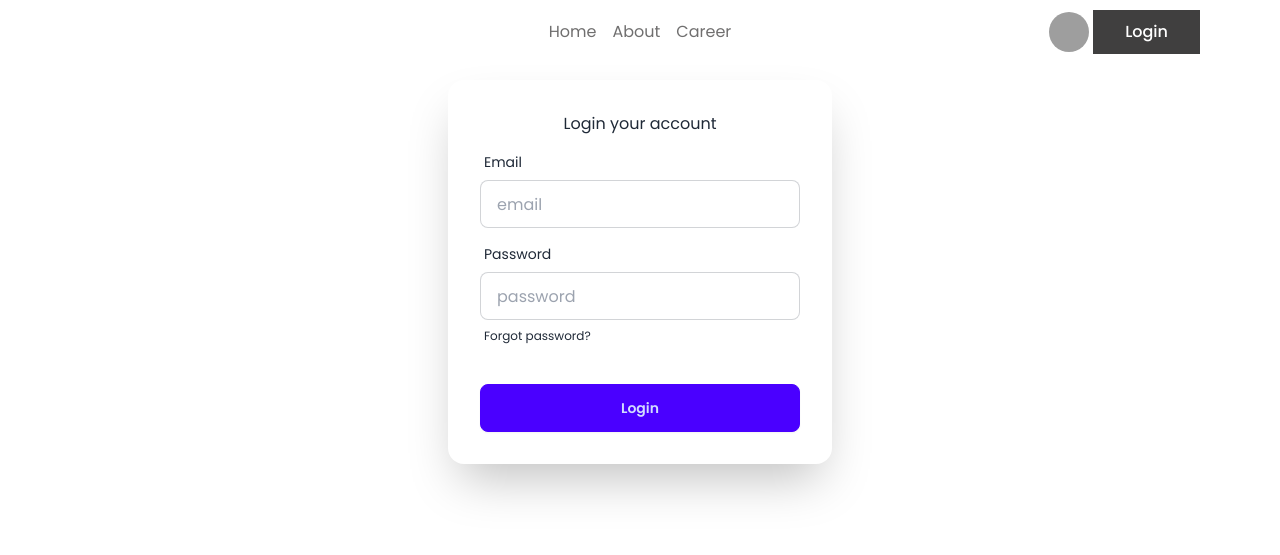
Repository: ShouravAhammed/react-dragon-news-auth
Page: /login
The author's editor kept a copy of each file at every save. The page is drawn from the files as they stood at one save, then again after the next save.
The browser window is 1280 px wide. The pictures show the whole page.
Pictures or frames that could not be fetched are drawn as grey boxes. The project was rebuilt for these pictures with package versions that can differ from the ones it lists, and the page was loaded fresh each time. Also part of the build but not shown: vite.config.js, src/pages/BreakingNews/BreakingNews.jsx, src/pages/Shared/Header/Header.jsx, src/pages/Shared/LeftSideNav/LeftSideNav.jsx, src/Components/btnLogin/BtnLogin.jsx, src/pages/Shared/RIghtSideNav/RightSideNav.jsx, src/pages/Home/Home.jsx, src/pages/About/About.jsx and 1 more.

Above is the page before, as saved 2024-04-14 02:49:58.

After the next save:
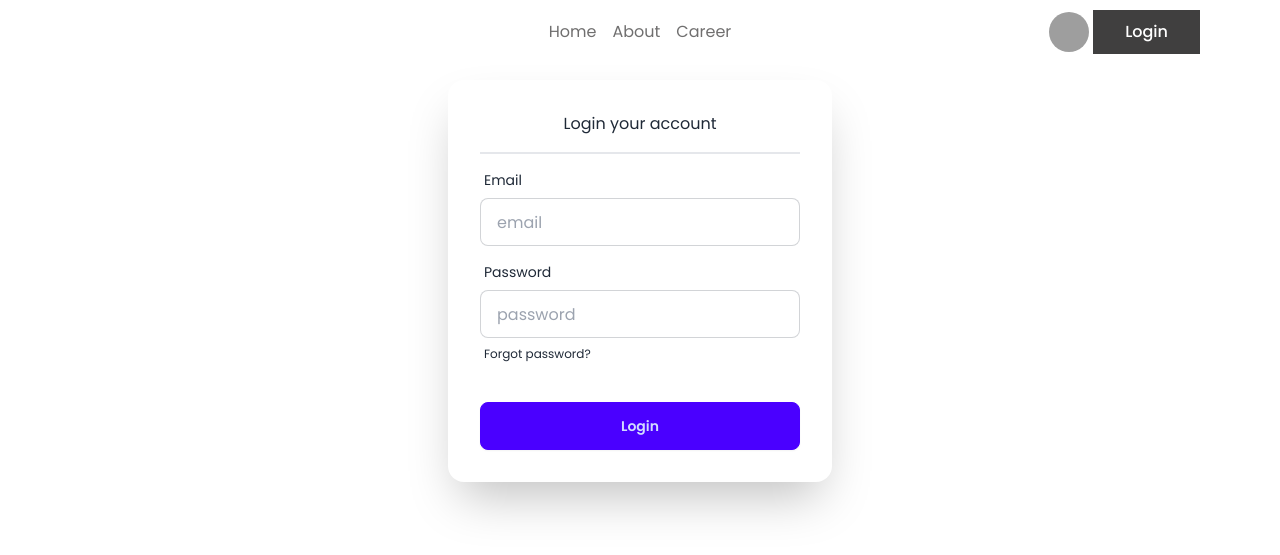
Saved 59 s later.
--- a/src/pages/Login/Login.jsx
+++ b/src/pages/Login/Login.jsx
@@ -11,7 +11,7 @@ const Login = () => {
     <div className="card  w-full max-w-sm shadow-2xl">
 
       <form className="card-body">
-        <h3 className="text-center">Login your account</h3>
+        <h3 className="text-center pb-4 border-b-2">Login your account</h3>
         <div className="form-control">
           <label className="label">
             <span className="label-text">Email</span>
